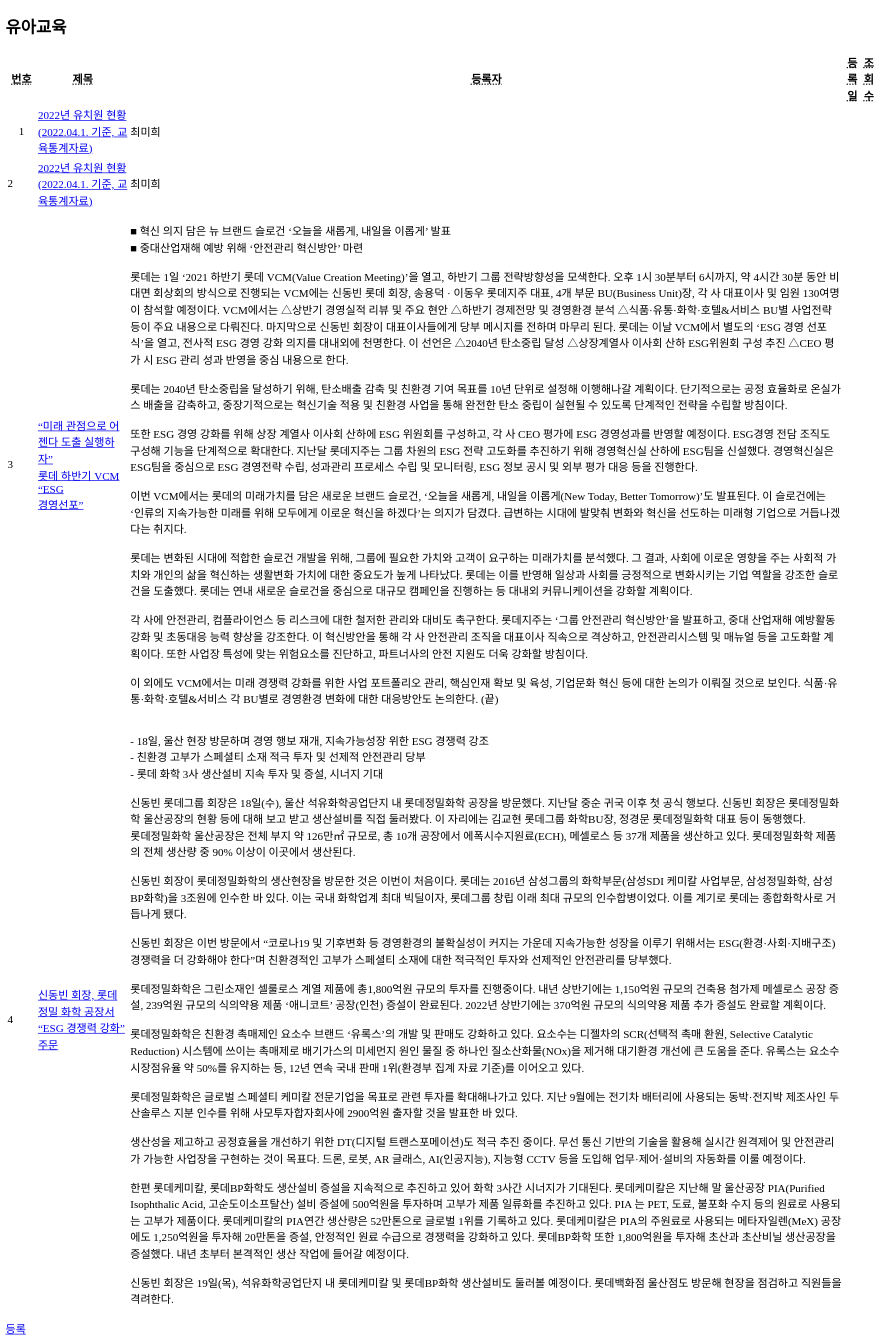
Repository: songyooon/pro06
Page: http://localhost/policy/infantlist
An editor plug-in stored every save of this project. The page is shown before and after the next save, followed by the edit.
The browser window is 1280 px wide. The pictures show the whole page, at 69% of full size.
The page is this project's Thymeleaf template; nobody is signed in. The template is opened directly, without the code that normally fills it, so the values that code supplies are empty.

Above is the page before, as saved 2022-12-26 04:20:11.

After the next save:
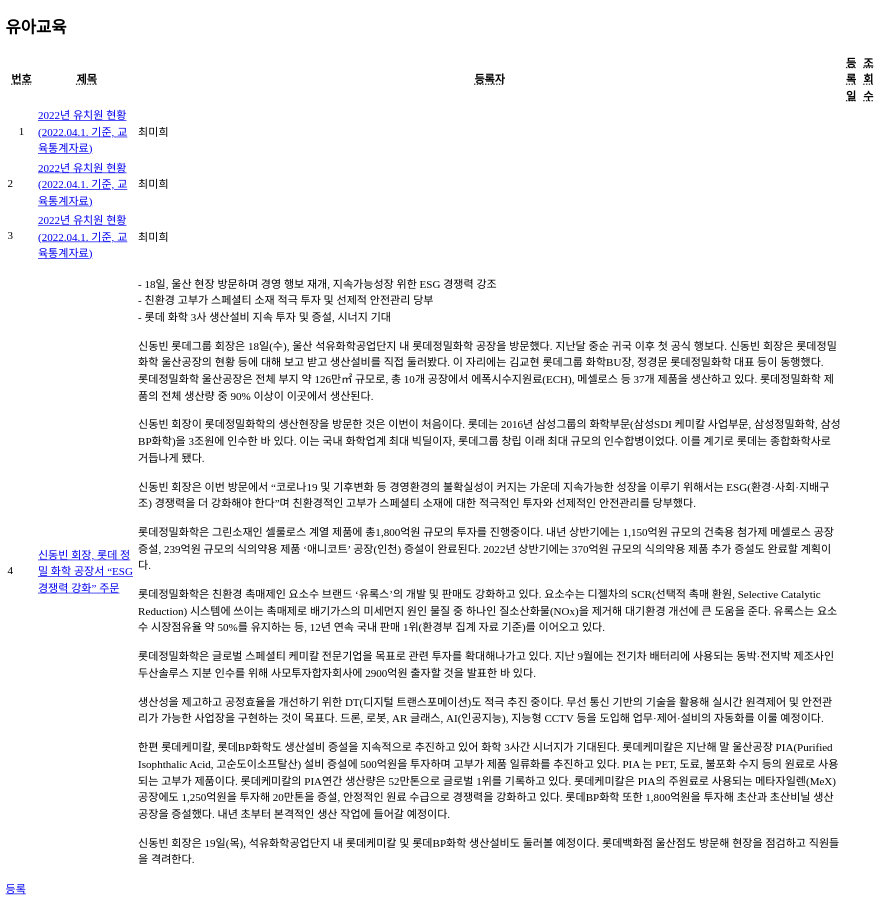
Saved 11 s later.
--- a/myapp/src/main/resources/templates/policy/infantlist.html
+++ b/myapp/src/main/resources/templates/policy/infantlist.html
@@ -65,48 +65,16 @@
                       <td>3</td>
 
                       <td>
-                          <a href="/pro04/GetEsgDetailCtrl.html?no=3">“미래 관점으로 어젠다 도출 실행하자” <br>롯데 하반기 VCM “ESG <br>경영선포”</a>
+                          <a href="/pro04/GetEsgDetailCtrl.html?no=1">2022년 유치원 현황(2022.04.1. 기준, 교육통계자료)</a>
                       </td>
                       <td>
-                          <p class="comment2">■ 혁신 의지 담은 뉴 브랜드 슬로건 ‘오늘을 새롭게, 내일을 이롭게’ 발표<br>
+                      최미희
+                      </td>
+                      <td>
 
-                            ■ 중대산업재해 예방 위해 ‘안전관리 혁신방안’ 마련<br><br>
+                      </td>
+                      <td>
 
-
-
-                            롯데는 1일 ‘2021 하반기 롯데 VCM(Value Creation Meeting)’을 열고, 하반기 그룹 전략방향성을 모색한다. 오후 1시 30분부터 6시까지, 약 4시간 30분 동안 비대면 회상회의 방식으로 진행되는 VCM에는 신동빈 롯데 회장, 송용덕 · 이동우 롯데지주 대표, 4개 부문 BU(Business Unit)장, 각 사 대표이사 및 임원 130여명이 참석할 예정이다.
-
-
-
-                            VCM에서는 △상반기 경영실적 리뷰 및 주요 현안 △하반기 경제전망 및 경영환경 분석 △식품·유통·화학·호텔&서비스 BU별 사업전략 등이 주요 내용으로 다뤄진다. 마지막으로 신동빈 회장이 대표이사들에게 당부 메시지를 전하며 마무리 된다.
-
-
-
-                            롯데는 이날 VCM에서 별도의 ‘ESG 경영 선포식’을 열고, 전사적 ESG 경영 강화 의지를 대내외에 천명한다. 이 선언은 △2040년 탄소중립 달성 △상장계열사 이사회 산하 ESG위원회 구성 추진 △CEO 평가 시 ESG 관리 성과 반영을 중심 내용으로 한다.
-
-
-
-                            <br><br>롯데는 2040년 탄소중립을 달성하기 위해, 탄소배출 감축 및 친환경 기여 목표를 10년 단위로 설정해 이행해나갈 계획이다. 단기적으로는 공정 효율화로 온실가스 배출을 감축하고, 중장기적으로는 혁신기술 적용 및 친환경 사업을 통해 완전한 탄소 중립이 실현될 수 있도록 단계적인 전략을 수립할 방침이다.
-
-
-
-                            <br><br>또한 ESG 경영 강화를 위해 상장 계열사 이사회 산하에 ESG 위원회를 구성하고, 각 사 CEO 평가에 ESG 경영성과를 반영할 예정이다. ESG경영 전담 조직도 구성해 기능을 단계적으로 확대한다. 지난달 롯데지주는 그룹 차원의 ESG 전략 고도화를 추진하기 위해 경영혁신실 산하에 ESG팀을 신설했다. 경영혁신실은 ESG팀을 중심으로 ESG 경영전략 수립, 성과관리 프로세스 수립 및 모니터링, ESG 정보 공시 및 외부 평가 대응 등을 진행한다.
-
-
-
-                            <br><br>이번 VCM에서는 롯데의 미래가치를 담은 새로운 브랜드 슬로건, ‘오늘을 새롭게, 내일을 이롭게(New Today, Better Tomorrow)’도 발표된다. 이 슬로건에는 ‘인류의 지속가능한 미래를 위해 모두에게 이로운 혁신을 하겠다’는 의지가 담겼다. 급변하는 시대에 발맞춰 변화와 혁신을 선도하는 미래형 기업으로 거듭나겠다는 취지다.
-
-
-
-                            <br><br>롯데는 변화된 시대에 적합한 슬로건 개발을 위해, 그룹에 필요한 가치와 고객이 요구하는 미래가치를 분석했다. 그 결과, 사회에 이로운 영향을 주는 사회적 가치와 개인의 삶을 혁신하는 생활변화 가치에 대한 중요도가 높게 나타났다. 롯데는 이를 반영해 일상과 사회를 긍정적으로 변화시키는 기업 역할을 강조한 슬로건을 도출했다. 롯데는 연내 새로운 슬로건을 중심으로 대규모 캠페인을 진행하는 등 대내외 커뮤니케이션을 강화할 계획이다.
-
-
-
-                            <br><br>각 사에 안전관리, 컴플라이언스 등 리스크에 대한 철저한 관리와 대비도 촉구한다. 롯데지주는 ‘그룹 안전관리 혁신방안’을 발표하고, 중대 산업재해 예방활동 강화 및 초동대응 능력 향상을 강조한다. 이 혁신방안을 통해 각 사 안전관리 조직을 대표이사 직속으로 격상하고, 안전관리시스템 및 매뉴얼 등을 고도화할 계획이다. 또한 사업장 특성에 맞는 위험요소를 진단하고, 파트너사의 안전 지원도 더욱 강화할 방침이다.
-
-
-
-                            <br><br>이 외에도 VCM에서는 미래 경쟁력 강화를 위한 사업 포트폴리오 관리, 핵심인재 확보 및 육성, 기업문화 혁신 등에 대한 논의가 이뤄질 것으로 보인다. 식품·유통·화학·호텔&서비스 각 BU별로 경영환경 변화에 대한 대응방안도 논의한다. (끝)</p>
                       </td>
                     </tr>
 
